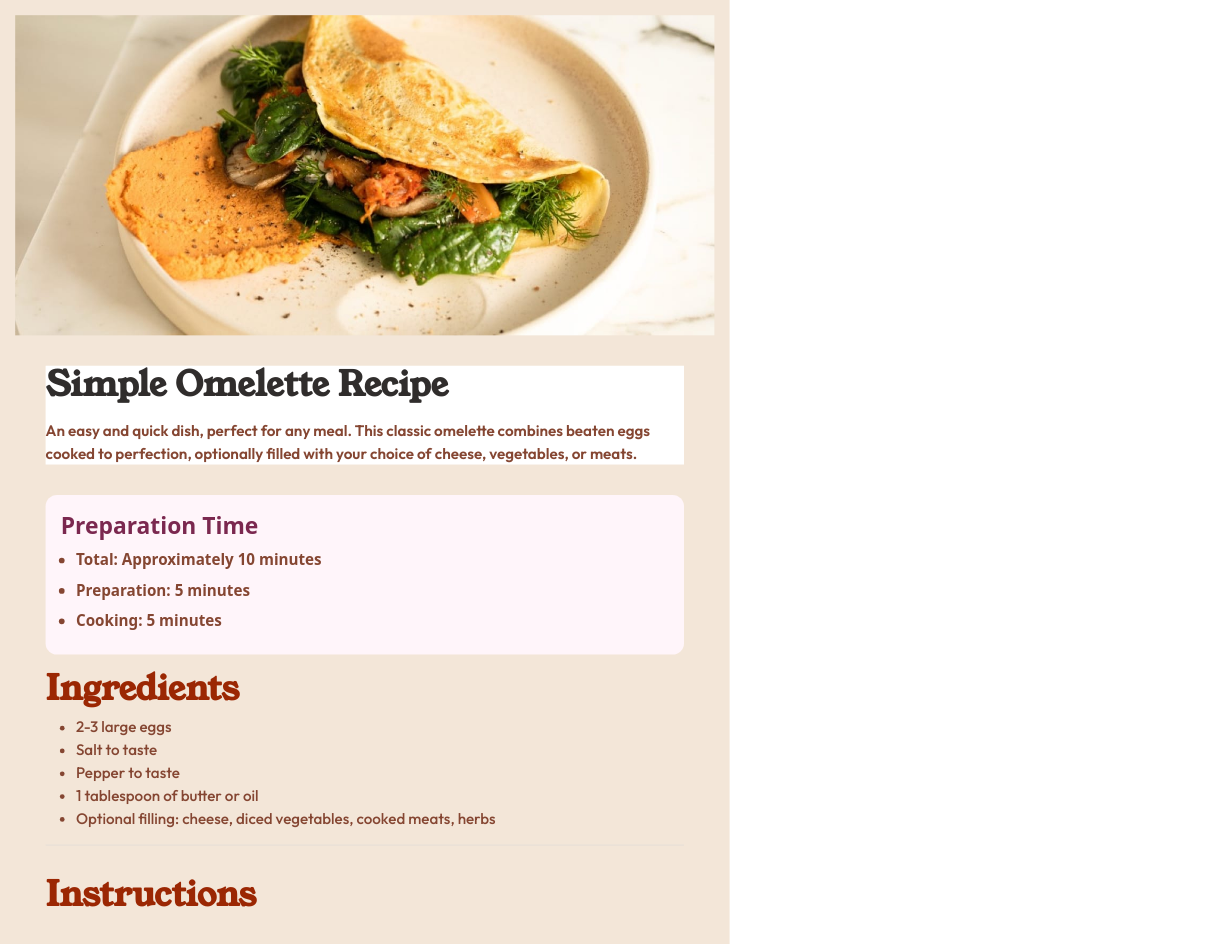
Repository: nivrii/recipe-page-main
Page: /
An editor plug-in stored every save of this project. The page is shown before and after the next save, followed by the edit.
The browser window is 1280 px wide. The pictures show the whole page, at 95% of full size.
The project was rebuilt for these pictures with package versions that can differ from the ones it lists, and the page was loaded fresh each time. Also part of the build but not shown: vite.config.js, src/index.css.

Above is the page before, as saved 2024-03-23 15:40:38.

### src/App.jsx
import "./App.css";
import omelette from "./assets/images/image-omelette.jpeg";

function App() {
  return (
    <div className="container flex flex-col md:p-4 md:bg-eggshell w-screen min-h-max">
      <div>
        <img src={omelette} alt="omelette" className="w-screen md:w-auto" />
      </div>
      <div className="bg-white m-8">
        <h1 className="text-left text-darkCharcoal text-4xl font-bold font-young">
          Simple Omelette Recipe
        </h1>
        <p className="text-left font-outfit text-nutmeg mt-4 font-semibold">
          An easy and quick dish, perfect for any meal. This classic omelette
          combines beaten eggs cooked to perfection, optionally filled with your
          choice of cheese, vegetables, or meats.
        </p>
      </div>
      <div className="bg-roseWhite p-4 mx-8 rounded-xl">
        <h1 className="text-left text-darkRaspberry text-2xl font-bold">
          Preparation Time
        </h1>
        <ul className="list-disc px-4 text-nutmeg">
          <li className=" font-semibold my-2">
            <span className="font-extrabold">Total:</span> Approximately 10
            minutes
          </li>
          <li className=" font-semibold my-2">
            <span className="font-extrabold">Preparation:</span> 5 minutes
          </li>
          <li className=" font-semibold my-2">
            <span className="font-extrabold">Cooking:</span> 5 minutes
          </li>
        </ul>
      </div>
      <div className="divide-y divide-lightGrey mx-4">
        <div className="m-4">
          <h1 className="text-left text-nutmegLight text-4xl font-bold font-young ">
            Ingredients
          </h1>
          <ul className="list-disc px-4 font-outfit my-2 mx-4 text-nutmeg font-medium">
            <li>2-3 large eggs</li>
            <li>Salt to taste</li>
            <li>Pepper to taste</li>
            <li>1 tablespoon of butter or oil</li>
            <li>
              Optional filling: cheese, diced vegetables, cooked meats, herbs
            </li>
          </ul>
        </div>
        <div className="m-4">
          <h1 className="text-left text-nutmegLight text-4xl font-bold font-young mt-8">
            Instructions
          </h1>
        </div>
      </div>
    </div>
  );
}

export default App;

### src/App.css
@import url("https://fonts.googleapis.com/css2?family=Young+Serif&display=swap");

@import url("https://fonts.googleapis.com/css2?family=Outfit:wght@100..900&display=swap");

@import "tailwindcss/base";
@import "tailwindcss/components";
@import "tailwindcss/utilities";

### tailwind.config.js
/** @type {import('tailwindcss').Config} */
export default {
  content: ["./index.html", "./src/**/*.{js,ts,jsx,tsx}"],
  theme: {
    screens: {
      'sm': '375px',
      'md': '768px',
      'lg': '1440px',
      'xl': '1920px',
    },
    extend: {
      fontFamily: {
        outfit: ["Outfit", "sans-serif"],
        young: ["Young Serif", "serif"],
      },
      colors: {
        roseWhite: "hsl(330, 100%, 98%)",
        white: "hsl(0, 0%, 100%)",
        eggshell: "hsl(30, 54%, 90%)",
        lightGrey: "hsl(30, 18%, 87%)",
        wengeBrown: "hsl(30, 10%, 34%)",
        darkCharcoal: "hsl(24, 5%, 18%)",
        nutmeg: "hsl(14, 45%, 36%)",
        nutmegLight: "hsl(14, 96%, 31%)",
        darkRaspberry: "hsl(332, 51%, 32%)",
      },
    },
  },
  plugins: [],
};

Loaded but not shown: index.html (common file); src/main.jsx (common file)

After the next save:
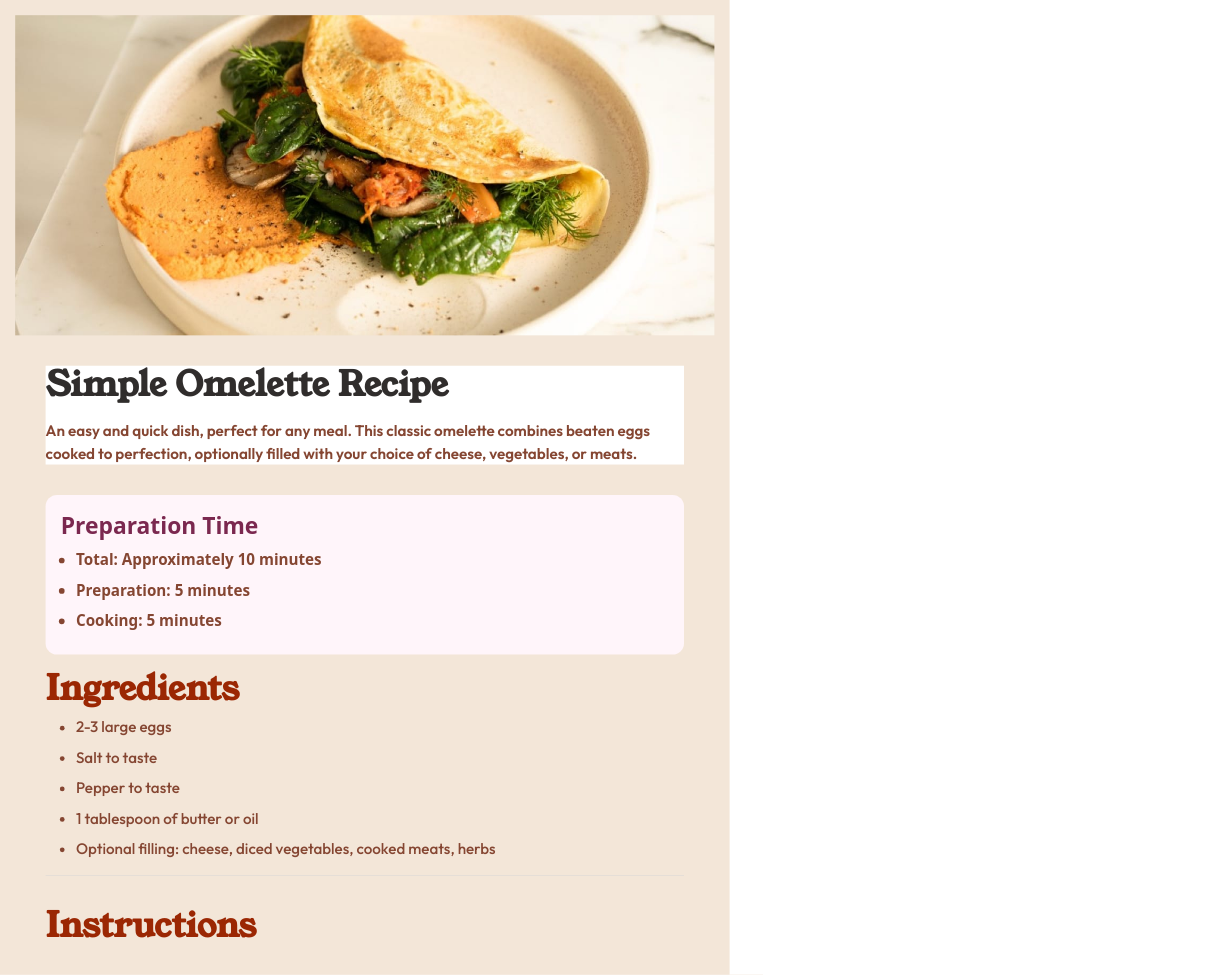
Saved 47 s later.
--- a/src/App.jsx
+++ b/src/App.jsx
@@ -39,7 +39,7 @@ function App() {
           <h1 className="text-left text-nutmegLight text-4xl font-bold font-young ">
             Ingredients
           </h1>
-          <ul className="list-disc px-4 font-outfit my-2 mx-4 text-nutmeg font-medium">
+          <ul className="list-disc px-4 font-outfit my-2 mx-4 text-nutmeg font-medium space-y-2">
             <li>2-3 large eggs</li>
             <li>Salt to taste</li>
             <li>Pepper to taste</li>
